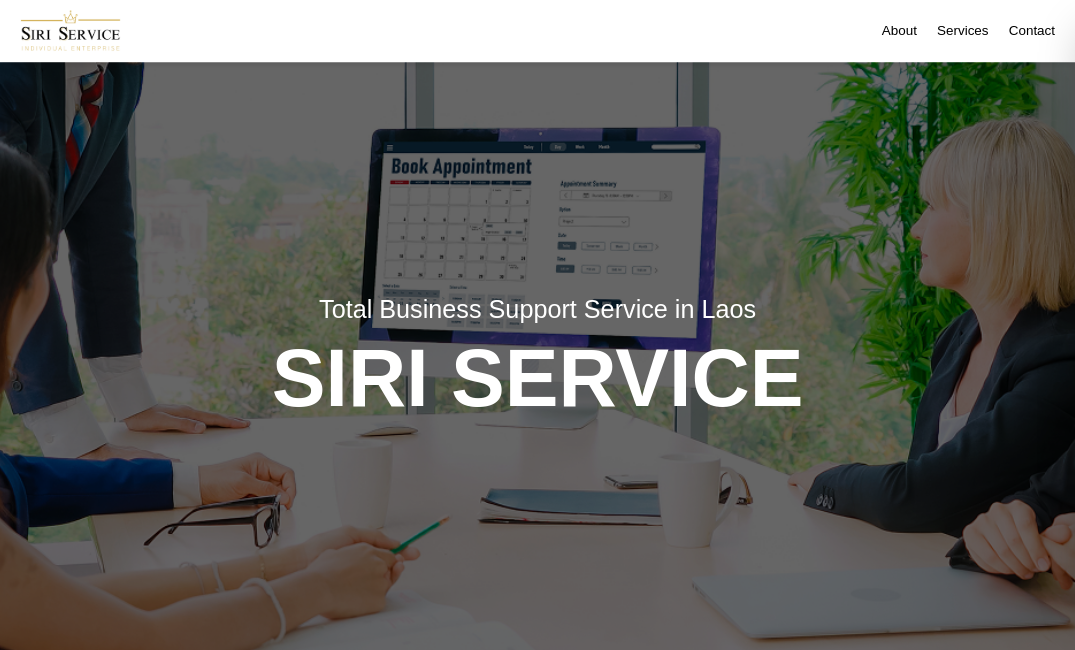
Repository: Phailin-teamplate/siri-service-web
Page: /
An editor plug-in stored every save of this project. The page is shown before and after the next save, followed by the edit.
The browser window is 1280 px wide. The pictures show the whole page, at 84% of full size.
The project was rebuilt for these pictures with package versions that can differ from the ones it lists, and the page was loaded fresh each time. The framework's server and built-in components were replaced by stand-ins that run in the browser. Also part of the build but not shown: next.config.ts.

Above is the page before, as saved 2025-07-02 14:12:09.

After the next save:
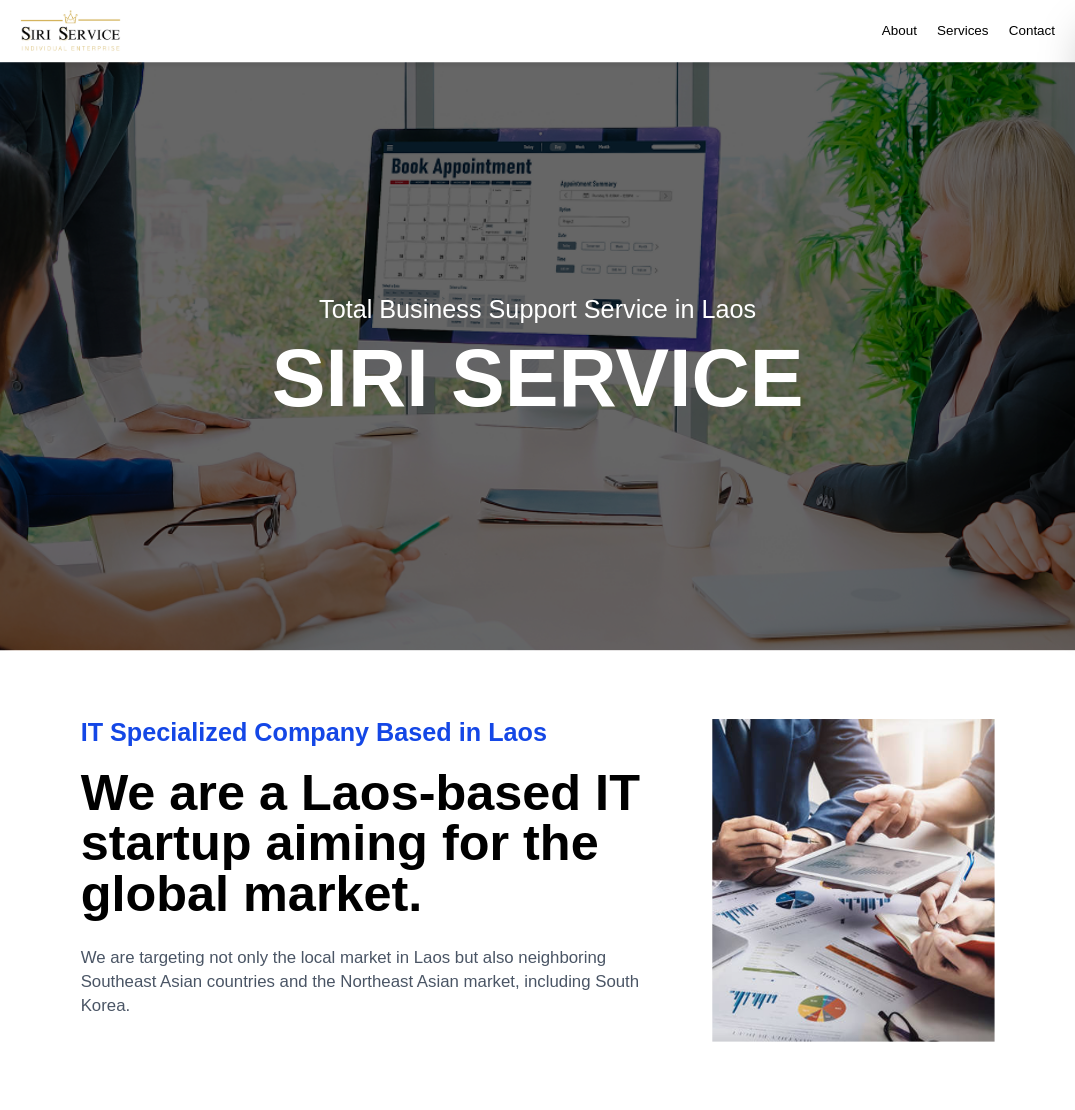
Saved 24 s later.
--- a/src/app/page.tsx
+++ b/src/app/page.tsx
@@ -1,5 +1,6 @@
 import React from "react";
 import Homepage from "@/src/components/Homepage";
+import About from "@/src/components/About";
 
 export const metadata = {
   title: "About | TEAMPLATE",
@@ -29,6 +30,7 @@
   return (
     <section className="w-full" id="about">
       <Homepage/>
+      <About/>
     </section>
   );
 }
